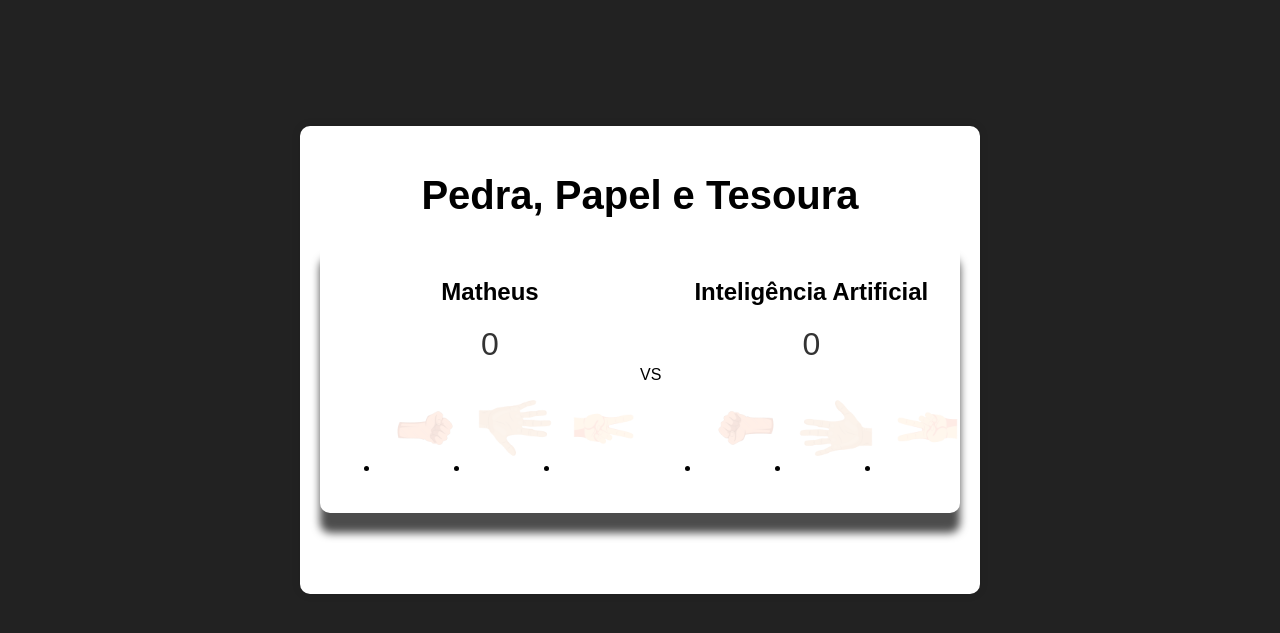
Repository: Matheus904-12/Pedra-Papel
Page: index.html
The author's editor kept a copy of each file at every save. The page is drawn from the files as they stood at one save, then again after a run of saves.
The browser window is 1280 px wide. The pictures show the whole page.

Above is the page before, as saved 2023-08-28 22:19:43.

After the next 4 saves:
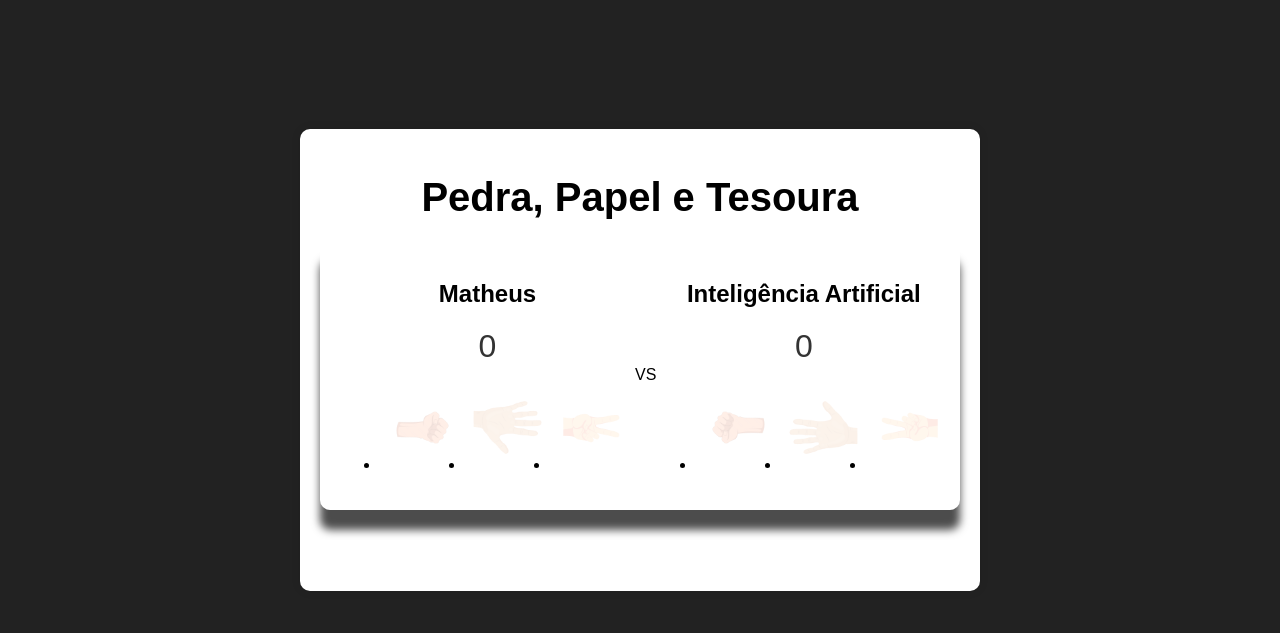
The 4 saves are shown as one change because they came seconds apart.
The last was saved 91 s later.
--- a/style.css
+++ b/style.css
@@ -77,7 +77,7 @@ body {
 }
 
 .escolhas img {
-    max-width: 90px;
+    max-width: 85px;
     cursor: pointer;
     transition: transform 0.3s ease;
 }
